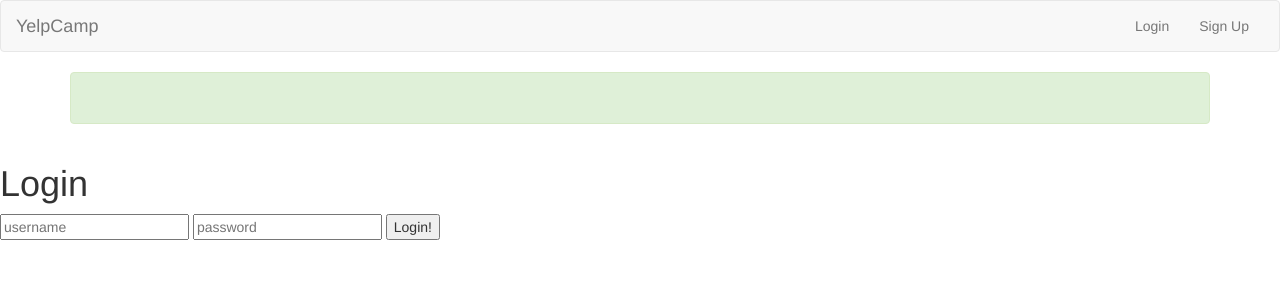
Repository: Bhitt/Cloud9_Projects
Page: http://localhost/login
The author's editor kept a record of every edit. The page is drawn from the files as they stood at one moment, then again after the next edit.
The browser window is 1280 px wide. The pictures show the whole page.
The page is served by the project's Node server (YelpCamp/v11/app.js). Other server files are loaded and not shown.

Above is the page before.

### webdevbootcamp/workspace/YelpCamp/v11/views/login.ejs
<% include ./partials/header %>

<h1>Login</h1>

<form action="/login" method="POST">
    <input type="text" name="username" placeholder="username">
    <input type="password" name="password" placeholder="password">
    <input type="submit" value="Login!">
</form>

<% include ./partials/footer %>

### webdevbootcamp/workspace/YelpCamp/v11/views/partials/header.ejs
<DOCTYPE html>
<html>
    <head>
        <title>YelpCamp</title>
        <link rel="stylesheet" href="https://maxcdn.bootstrapcdn.com/bootstrap/3.3.7/css/bootstrap.min.css">
        <link rel="stylesheet" href="/stylesheets/main.css">
    </head>
    <body>


    <nav class="navbar navbar-default">
        <div class="container-fluid">
            <div class="navbar-header">
                <a class="navbar-brand" href="/">YelpCamp</a>
            </div>
            <div class="collapse navbar-collapse">
                <ul class="nav navbar-nav navbar-right">
                    <% if(!currentUser){ %>
                        <li> <a href="/login">Login</a> </li>
                        <li> <a href="/register">Sign Up</a> </li>
                    <% } else { %>
                        <li><a href="#">Signed In As <%= currentUser.username %></a></li>
                        <li> <a href="/logout">Logout</a> </li>
                    <% } %>
                </ul>
            </div>
        </div>
    </nav>

    <div class="container">
        <% if(error && error.length > 0){ %>
            <div class="alert alert-danger" role="alert">
                <h1><%= error %></h1>
            </div>
        <% } %>
        <div class="alert alert-success" role="alert">
            <h1><%= success %></h1>
        </div>
    </div>

### webdevbootcamp/workspace/YelpCamp/v11/app.js
var express         = require("express"),
    app             = express(),
    bodyParser      = require("body-parser"),
    mongoose        = require("mongoose"),
    flash           = require("connect-flash"),
    passport        = require("passport"),
    LocalStrategy   = require("passport-local"),
    methodOverride  = require("method-override"),
    Campground      = require("./models/campground"),
    Comment         = require("./models/comment"),
    User            = require("./models/user"),
    seedDB          = require("./seeds");


//requiring routes
var commentRoutes       = require("./routes/comments"),
    campgroundRoutes    = require("./routes/campgrounds"),
    indexRoutes         = require("./routes/index");

mongoose.connect("mongodb://localhost/yelp_camp_v11");
app.use(bodyParser.urlencoded({extended: true}));
app.set("view engine", "ejs");
app.use(express.static(__dirname + "/public"));
app.use(methodOverride("_method"));
app.use(flash());
//seed the database if needed
    // seedDB();


// PASSPORT CONFIGURATION
app.use(require("express-session")({
    secret: "The man who passes the sentence should swing the sword",
    resave: false,
    saveUninitialized: false
}));
app.use(passport.initialize());
app.use(passport.session());
passport.use(new LocalStrategy(User.authenticate()));
passport.serializeUser(User.serializeUser());
passport.deserializeUser(User.deserializeUser());

app.use(function(req,res,next){
    res.locals.currentUser  = req.user;
    res.locals.error        = req.flash("error");
    res.locals.success      = req.flash("success");
    next();
});

app.use("/", indexRoutes);
app.use("/campgrounds",campgroundRoutes);
app.use("/campgrounds/:id/comments",commentRoutes);



app.listen(process.env.PORT, process.env.IP, function(){
    console.log("YelpCamp Server has started");
});

### webdevbootcamp/workspace/YelpCamp/v11/routes/index.js
var express     = require("express");
var router      = express.Router();
var passport    = require("passport");
var User        = require("../models/user");


//Root Route
router.get("/", function(req, res){
    res.render("landing");
});


//show register form
router.get("/register", function(req, res){
   res.render("register");
});

//handle sign up logic
router.post("/register", function(req, res){
    var newUser = new User({username: req.body.username});
    User.register(newUser, req.body.password, function(err, user){
        if(err){
            console.log(err);
            res.render("register");
        }
        passport.authenticate("local")(req, res, function(){
            res.redirect("/campgrounds");
        });
    });
});

//show login form
router.get("/login", function(req, res){
   res.render("login");
});

//handle login logic
router.post("/login", passport.authenticate("local",
    {
        successRedirect:"/campgrounds",
        failureRedirect: "/login"

    }), function(req, res){ //empty callback after middleware
});

//logout route
router.get("/logout", function(req,res){
    req.logout();
    req.flash("success", "Logged You Out!");
    res.redirect("/campgrounds");
});

//Middleware
function isLoggedIn(req, res, next){
    if(req.isAuthenticated()){
        return next();
    }
    res.redirect("/login");
}

module.exports = router;

### webdevbootcamp/workspace/YelpCamp/v11/public/stylesheets/main.css
.thumbnail img {
    width:100%;
}

.thumbnail {
    padding:0;
}

.thumbnail .caption-full {
    padding:9px;
}

.delete-form {
    display: inline;
}

Loaded but not shown: webdevbootcamp/workspace/YelpCamp/v11/views/partials/footer.ejs (common file)

After the next edit:
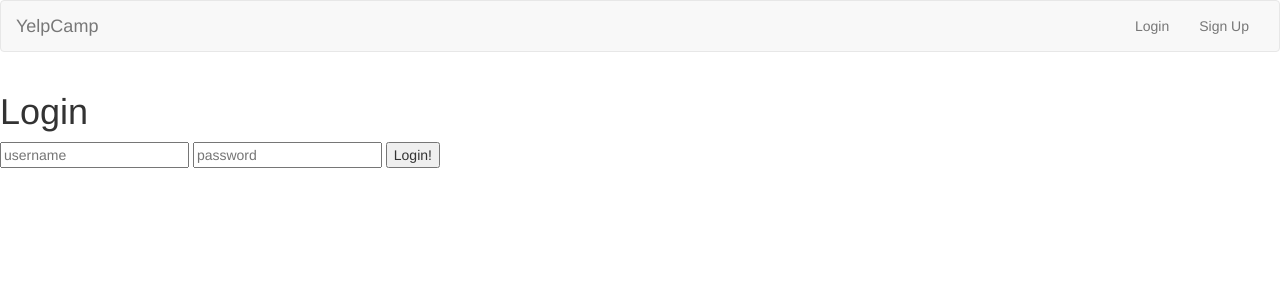
The edit:
--- a/webdevbootcamp/workspace/YelpCamp/v11/views/partials/header.ejs
+++ b/webdevbootcamp/workspace/YelpCamp/v11/views/partials/header.ejs
@@ -33,7 +33,9 @@
                 <h1><%= error %></h1>
             </div>
         <% } %>
-        <div class="alert alert-success" role="alert">
-            <h1><%= success %></h1>
-        </div>
+        <% if(success && success.length >0){ %>
+            <div class="alert alert-success" role="alert">
+                <h1><%= success %></h1>
+            </div>
+        <% } %>
     </div>
